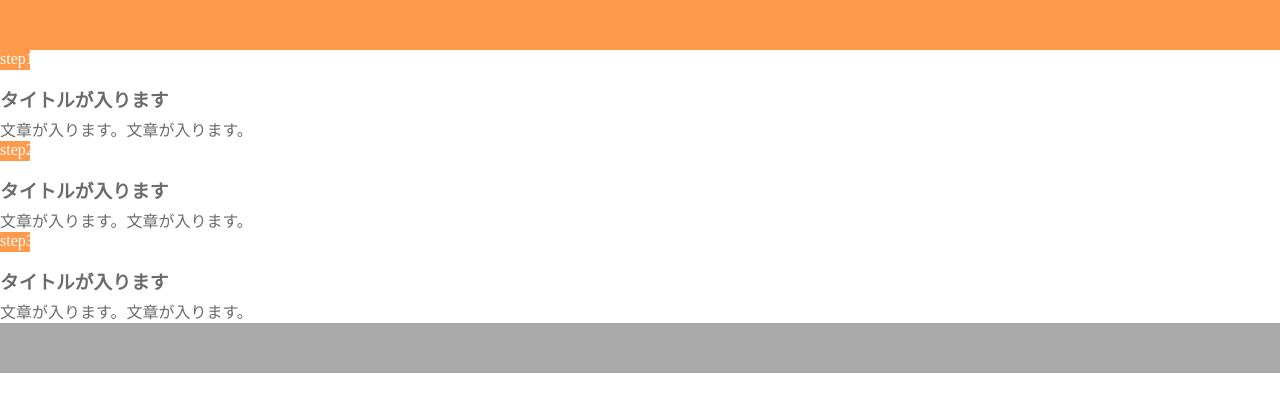
Repository: Yuki-Kawagoe/chapter4
Page: chapter9/index.html
The author's editor kept a record of every edit. The page is drawn from the files as they stood at one moment, then again after the next edit.
The browser window is 1280 px wide. The pictures show the whole page.

Above is the page before.

After the next edit:
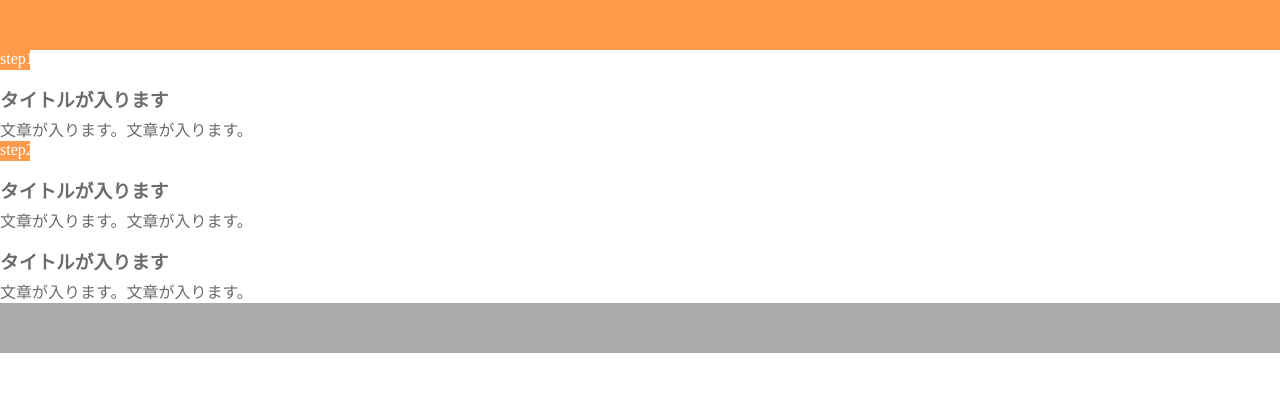
The edit:
--- a/chapter9/index.html
+++ b/chapter9/index.html
@@ -30,7 +30,7 @@
     <div class="step-box33">
       <div class="step-img">
 
-      <p class="sub">step3</p>
+
         <h3 class="main-title">タイトルが入ります</h3>
           <p class="main-text">文章が入ります。文章が入ります。</p>
     </div>
